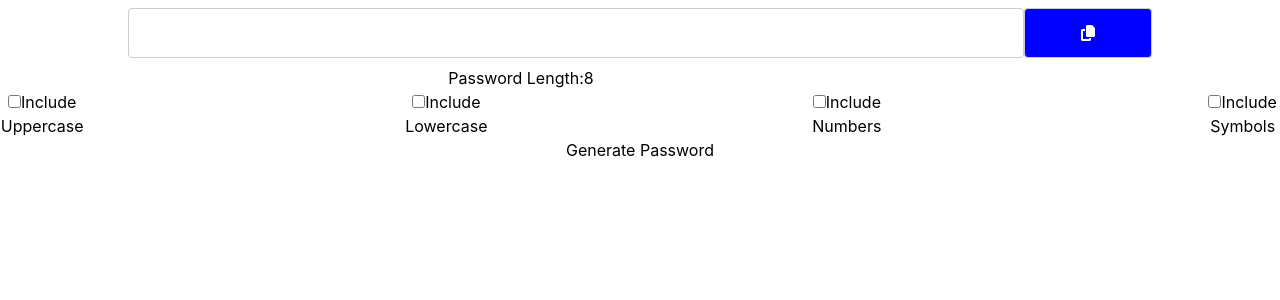
Repository: sriram1224/Password-generator
Page: / (app in password-generator/)
These files come from the project's save history. The page is drawn as it stood at one moment and after the next save; the edit follows.
The browser window is 1280 px wide. The pictures show the whole page.
Some web libraries are served in a nearby version. The project was rebuilt for these pictures with package versions that can differ from the ones it lists, and the page was loaded fresh each time.

Above is the page before, as saved 2024-03-10 21:29:53.

### password-generator/public/index.html
<!DOCTYPE html>
<html lang="en">

<head>
  <meta charset="utf-8" />
  <link rel="icon" href="%PUBLIC_URL%/favicon.ico" />
  <meta name="viewport" content="width=device-width, initial-scale=1" />
  <meta name="theme-color" content="#000000" />
  <meta name="description" content="Web site created using create-react-app" />

  <link rel="apple-touch-icon" href="%PUBLIC_URL%/logo192.png" />
  <link rel="stylesheet" href="https://cdnjs.cloudflare.com/ajax/libs/font-awesome/6.5.1/css/all.min.css"
    integrity="sha512-DTOQO9RWCH3ppGqcWaEA1BIZOC6xxalwEsw9c2QQeAIftl+Vegovlnee1c9QX4TctnWMn13TZye+giMm8e2LwA=="
    crossorigin="anonymous" referrerpolicy="no-referrer" />
  <link rel="manifest" href="%PUBLIC_URL%/manifest.json" />

  <title>React App</title>
</head>

<body>
  <noscript>You need to enable JavaScript to run this app.</noscript>
  <div id="root"></div>
  <script src="https://cdn.tailwindcss.com"></script>
</body>

</html>

### password-generator/src/App.js
import PasswordGenerator from './Components/content.js';
import './App.css';

function App() {
  return (
    <div className="App">
       <PasswordGenerator />

    </div>
  );
}

export default App;

### password-generator/src/Components/content.js
import React, { useState } from 'react';
import "./content.css"
const PasswordGenerator = () => {
  const [includeUppercase, setIncludeUppercase] = useState(false);
  const [includeLowercase, setIncludeLowercase] = useState(false);
  const [includeNumbers, setIncludeNumbers] = useState(false);
  const [includeSymbols, setIncludeSymbols] = useState(false);
  const [password, setPassword] = useState('');
  const [passwordLength, setPasswordLength] = useState(8);

  const generatePassword = () => {
    const uppercaseChars = 'ABCDEFGHIJKLMNOPQRSTUVWXYZ';
    const lowercaseChars = 'abcdefghijklmnopqrstuvwxyz';
    const numberChars = '0123456789';
    const symbolChars = '!@#$%^&*()_+-=[]{}|;:,.<>?';

    let chars = '';
    if (includeUppercase) chars += uppercaseChars;
    if (includeLowercase) chars += lowercaseChars;
    if (includeNumbers) chars += numberChars;
    if (includeSymbols) chars += symbolChars;

    let generatedPassword = '';
    for (let i = 0; i < passwordLength; i++) {
      const randomIndex = Math.floor(Math.random() * chars.length);
      generatedPassword += chars[randomIndex];
    }
    setPassword(generatedPassword);
  };

  const copyToClipboard = () => {
    navigator.clipboard.writeText(password);
  };

  return (
    <div>


      <div>
        <input type="text" readOnly value={password} class="text-input"	 />
        <button onClick={copyToClipboard} class="copy"><i class="fa-solid fa-copy"></i></button>
          </div>
          <div>
        <label>
          Password Length:
          <input type="number" value={passwordLength} onChange={(e) => setPasswordLength(parseInt(e.target.value))} />
        </label>
          </div>
          <div class="checkboxed">
               <div>
        <label>
          <input type="checkbox" checked={includeUppercase} onChange={() => setIncludeUppercase(!includeUppercase)} />
          Include Uppercase
        </label>
      </div>
      <div>
        <label>
          <input type="checkbox" checked={includeLowercase} onChange={() => setIncludeLowercase(!includeLowercase)} />
          Include Lowercase
        </label>
      </div>
      <div>
        <label>
          <input type="checkbox" checked={includeNumbers} onChange={() => setIncludeNumbers(!includeNumbers)} />
          Include Numbers
        </label>
      </div>
      <div>
        <label>
          <input type="checkbox" checked={includeSymbols} onChange={() => setIncludeSymbols(!includeSymbols)} />
          Include Symbols
        </label>
              </div>
            </div>

          <button onClick={generatePassword} class="generate">Generate Password</button>
    </div>
  );
};

export default PasswordGenerator;

### password-generator/src/Components/content.css
.text-input{
    width: 70%;
    padding: 12px 20px;
    margin: 8px 0;
    display: inline-block;
    border: 1px solid #ccc;
    border-radius: 4px;
    box-sizing: border-box;
}
.copy{
    width: 10%;
    padding: 12px 20px;
    margin: 8px 0;
    display: inline-block;
    border: 1px solid #ccc;
    border-radius: 4px;
    box-sizing: border-box;
    background-color: blue;
    color: white;
}
.checkboxed{
    display: flex;
    gap: 20rem;
}

Loaded but not shown: password-generator/src/index.js (common file); password-generator/src/index.css (common file); password-generator/src/reportWebVitals.js (common file); password-generator/src/App.css (common file)

After the next save:
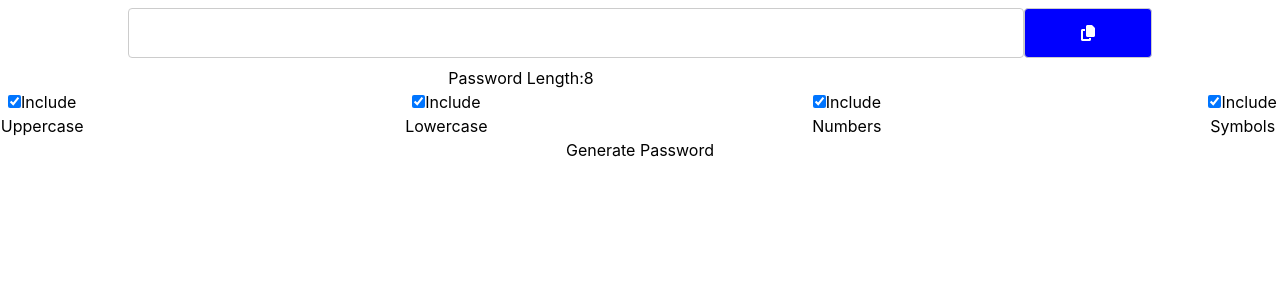
Saved 107 s later.
--- a/password-generator/src/Components/content.js
+++ b/password-generator/src/Components/content.js
@@ -1,10 +1,10 @@
 import React, { useState } from 'react';
 import "./content.css"
 const PasswordGenerator = () => {
-  const [includeUppercase, setIncludeUppercase] = useState(false);
-  const [includeLowercase, setIncludeLowercase] = useState(false);
-  const [includeNumbers, setIncludeNumbers] = useState(false);
-  const [includeSymbols, setIncludeSymbols] = useState(false);
+  const [includeUppercase, setIncludeUppercase] = useState(true);
+  const [includeLowercase, setIncludeLowercase] = useState(true);
+  const [includeNumbers, setIncludeNumbers] = useState(true);
+  const [includeSymbols, setIncludeSymbols] = useState(true);
   const [password, setPassword] = useState('');
   const [passwordLength, setPasswordLength] = useState(8);
 
